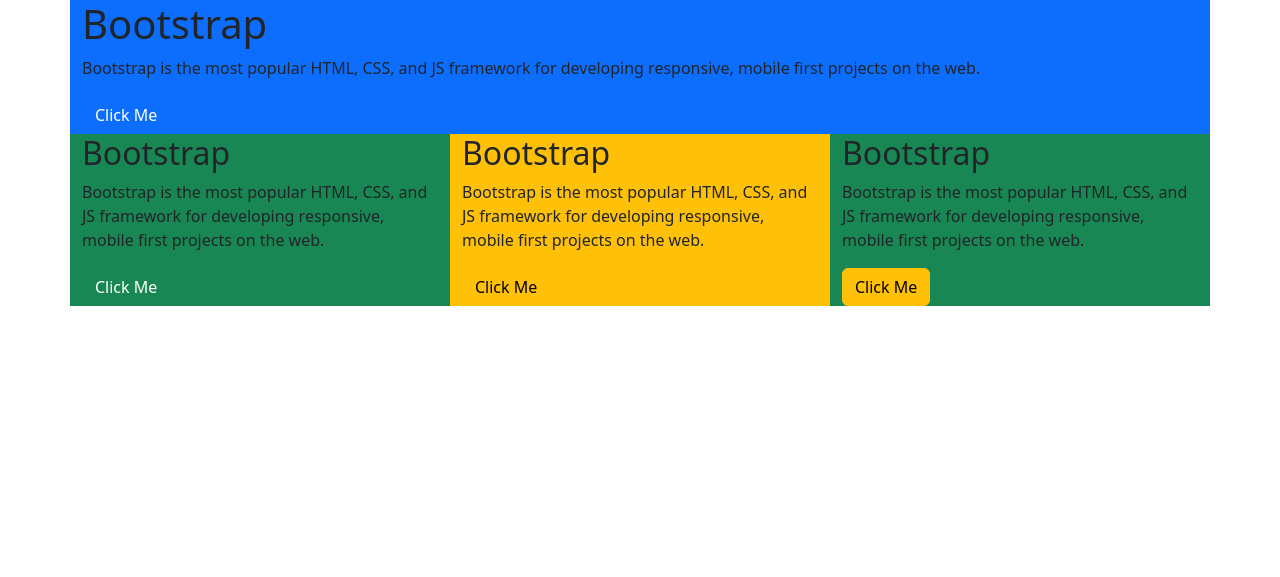
Repository: arunyerram/Web-TEChnologies
Page: b.html
An editor plug-in stored every save of this project. The page is shown before and after the next save, followed by the edit.
The browser window is 1280 px wide. The pictures show the whole page.

Above is the page before, as saved 2025-02-20 12:05:57.

After the next save:
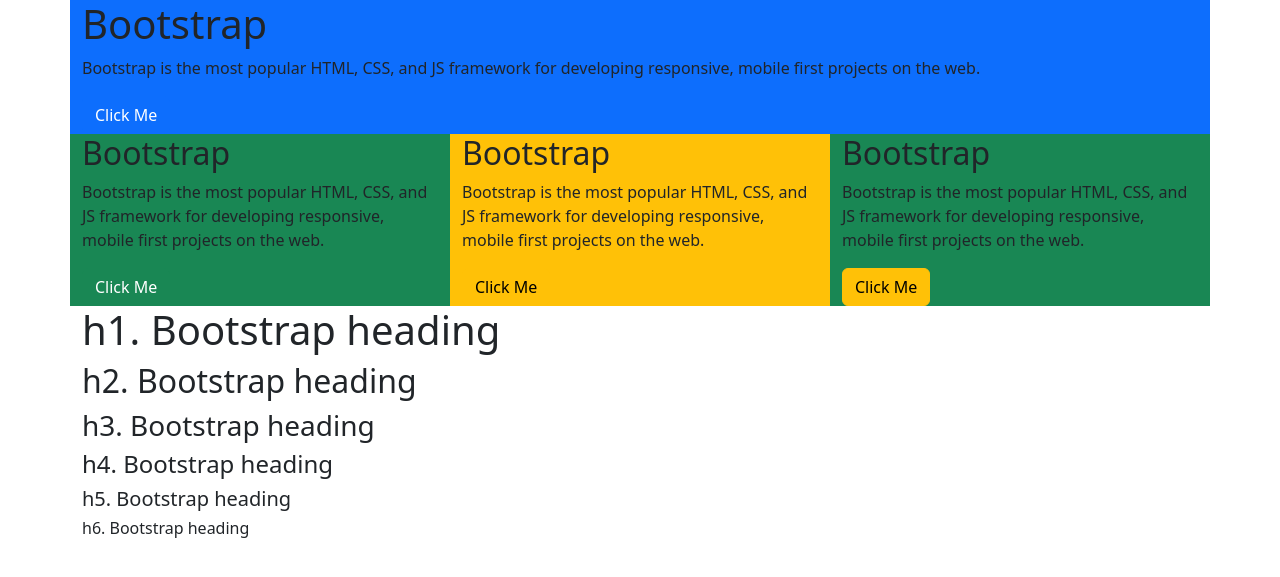
Saved 109 s later.
--- a/b.html
+++ b/b.html
@@ -36,5 +36,12 @@
             </div>
 
         </div>
+
+        <p class="h1">h1. Bootstrap heading</p>
+<p class="h2">h2. Bootstrap heading</p>
+<p class="h3">h3. Bootstrap heading</p>
+<p class="h4">h4. Bootstrap heading</p>
+<p class="h5">h5. Bootstrap heading</p>
+<p class="h6">h6. Bootstrap heading</p>
 </body>
 </html>
